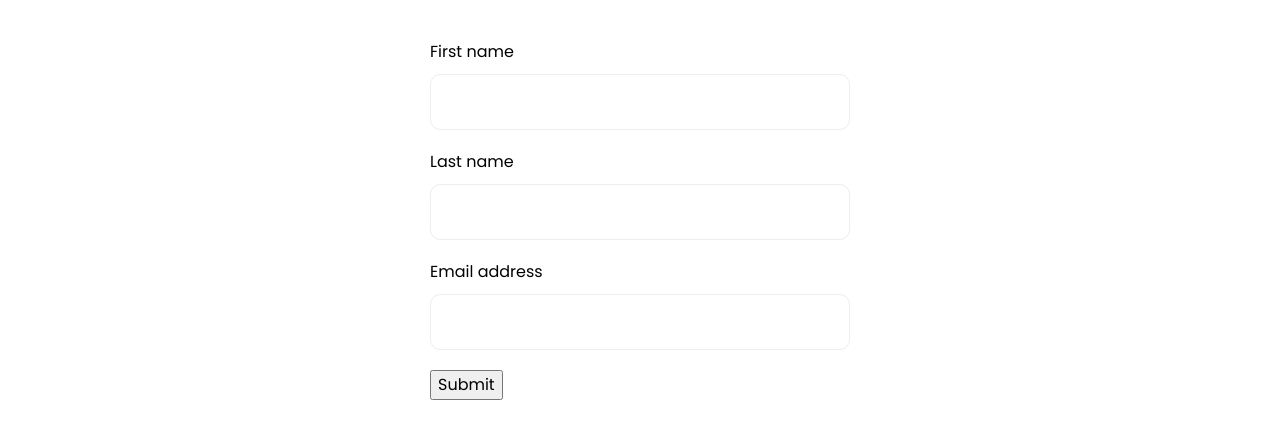
Repository: hoang0508/ReactJsDevWork
Page: /
An editor plug-in stored every save of this project. The page is shown before and after the next save, followed by the edit.
The browser window is 1280 px wide. The pictures show the whole page.
The project was rebuilt for these pictures with package versions that can differ from the ones it lists, and the page was loaded fresh each time.

Above is the page before, as saved 2022-02-13 14:54:42.

After the next save:
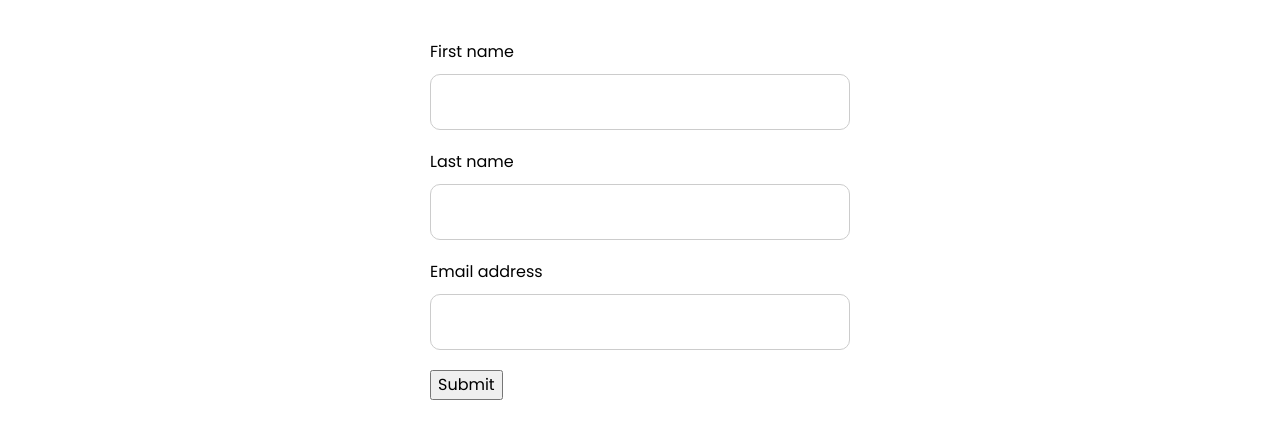
Saved 15 s later.
--- a/src/components/Form/Form.scss
+++ b/src/components/Form/Form.scss
@@ -13,7 +13,7 @@
   }
   &-input {
     padding: 15px;
-    border: 1px solid #eee;
+    border: 1px solid #ccc;
     border-radius: 10px;
     outline: none;
   }
